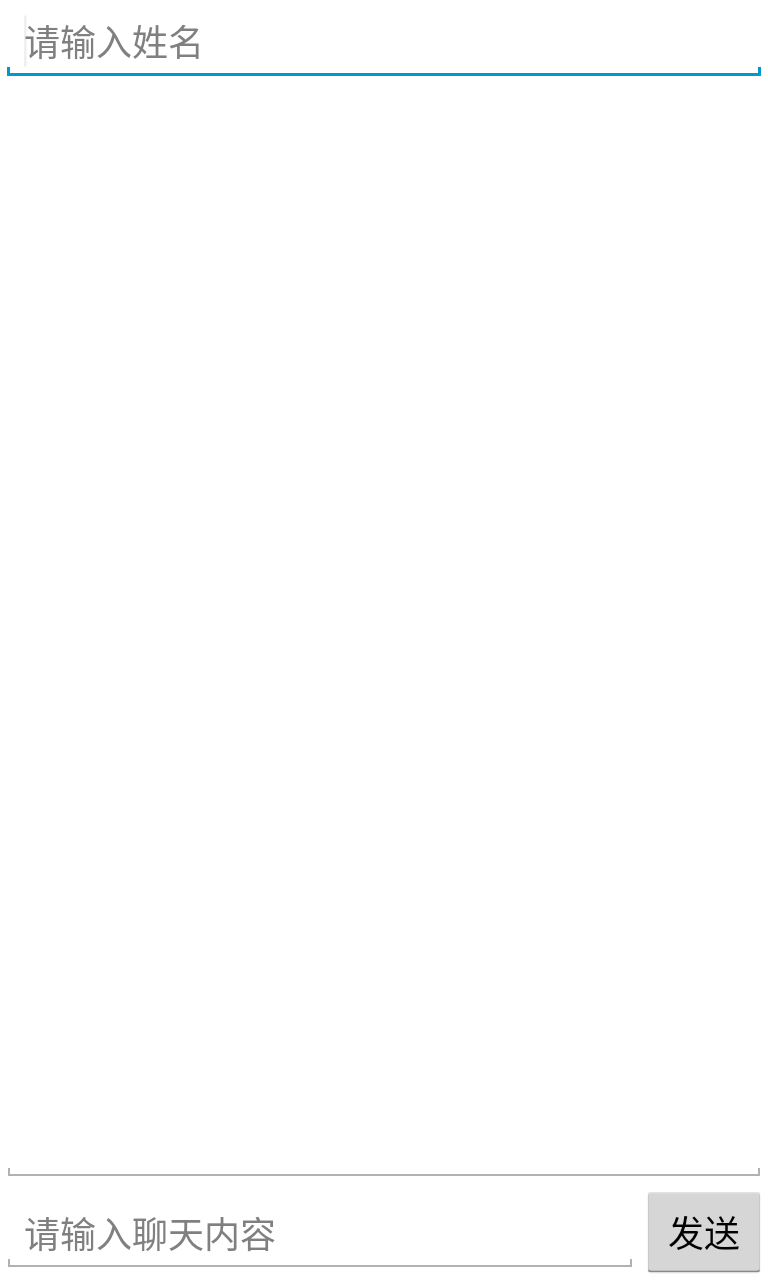
Repository: hufeiya/ChatClient
Layout: ChatClient/res/layout/main.xml
These files come from the project's save history. The layout is drawn as it stood at one moment and after the next save; the edit follows.
It is drawn on a 768 x 1280 px phone screen (xhdpi) without system bars, with theme AppTheme; the app's code is not run.

Above is the layout before, as saved 2014-05-20 10:33:40.

### ChatClient/res/layout/main.xml
<?xml version="1.0" encoding="utf-8"?>
<LinearLayout xmlns:android="http://schemas.android.com/apk/res/android"
    android:layout_width="match_parent"
    android:layout_height="match_parent"
    android:orientation="vertical" >

    <EditText
        android:id="@+id/name"
        android:layout_width="match_parent"
        android:layout_height="wrap_content"
        android:ems="10"
        android:inputType="textPersonName"
        android:hint="请输入姓名" >

        <requestFocus />
    </EditText>

    <ScrollView
        android:fillViewport="true"
        android:id="@+id/scrollView1"
        android:layout_width="match_parent"
        android:layout_height="match_parent"
        android:layout_weight="0.65">

        <LinearLayout
            android:layout_width="match_parent"
            android:layout_height="match_parent"
            android:orientation="vertical" >

             <EditText
                 android:id="@+id/editText3"
                 android:layout_width="match_parent"
                 android:layout_height="match_parent"
                 android:ems="10"
                 android:inputType="textMultiLine" />

        </LinearLayout>
    </ScrollView>



	<LinearLayout
	    android:layout_width="match_parent"
	    android:layout_height="wrap_content" >

	    <EditText
	        android:id="@+id/sentence"
	        android:layout_width="wrap_content"
	        android:layout_height="wrap_content"
	        android:layout_weight="0.28"
	        android:hint="请输入聊天内容" />

	    <Button
	        android:id="@+id/send"
	        android:layout_width="wrap_content"
	        android:layout_height="wrap_content"
	        android:text="发送" />
	</LinearLayout>

</LinearLayout>

Loaded but not shown: ChatClient/res/values/styles.xml (common file); ChatClient/res/values-v11/styles.xml (common file); ChatClient/res/values-v14/styles.xml (common file)

After the next save:
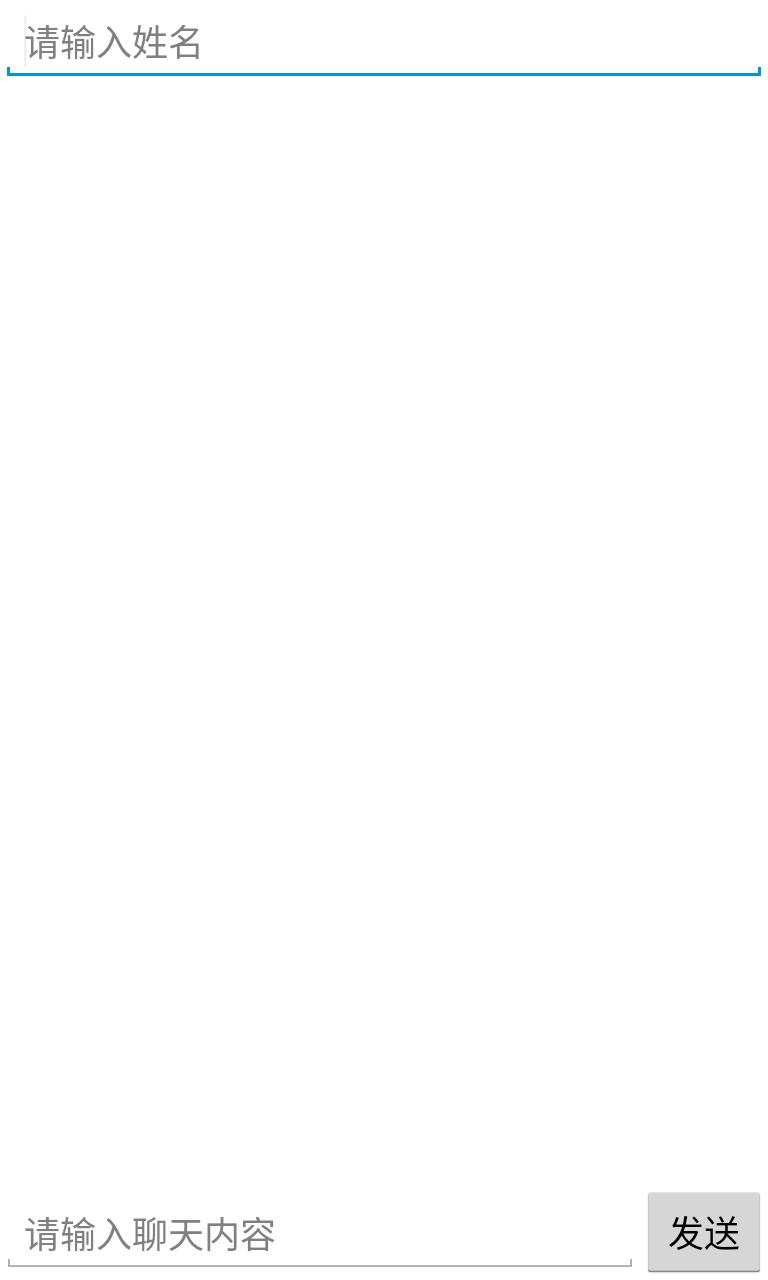
Saved 70 s later.
--- a/ChatClient/res/layout/main.xml
+++ b/ChatClient/res/layout/main.xml
@@ -16,7 +16,7 @@
     </EditText>
 
     <ScrollView
-        android:fillViewport="true"
+
         android:id="@+id/scrollView1"
         android:layout_width="match_parent"
         android:layout_height="match_parent"
@@ -27,7 +27,7 @@
             android:layout_height="match_parent"
             android:orientation="vertical" >
 
-             <EditText
+             <TextView
                  android:id="@+id/editText3"
                  android:layout_width="match_parent"
                  android:layout_height="match_parent"
